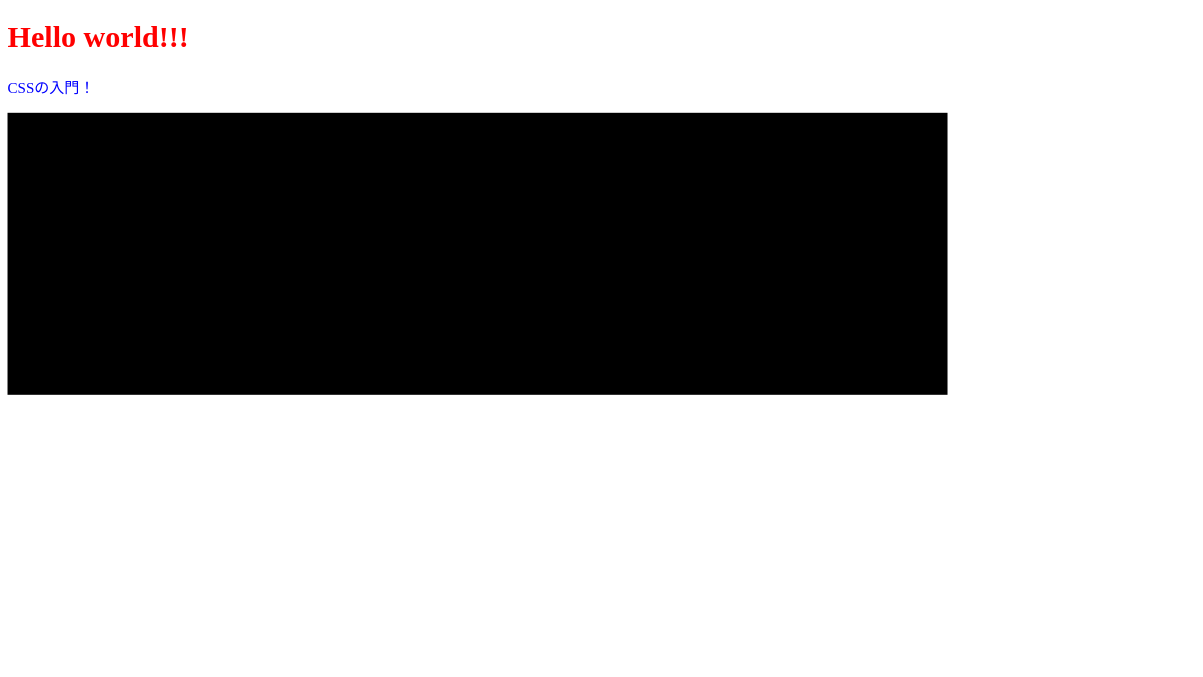
Repository: erikotanaka-san/mynews2
Page: html/css_intro/index.html
The author's editor kept a record of every edit. The page is drawn from the files as they stood at one moment, then again after the next edit.
The browser window is 1280 px wide. The pictures show the whole page, at 94% of full size.

Above is the page before.

After the next edit:
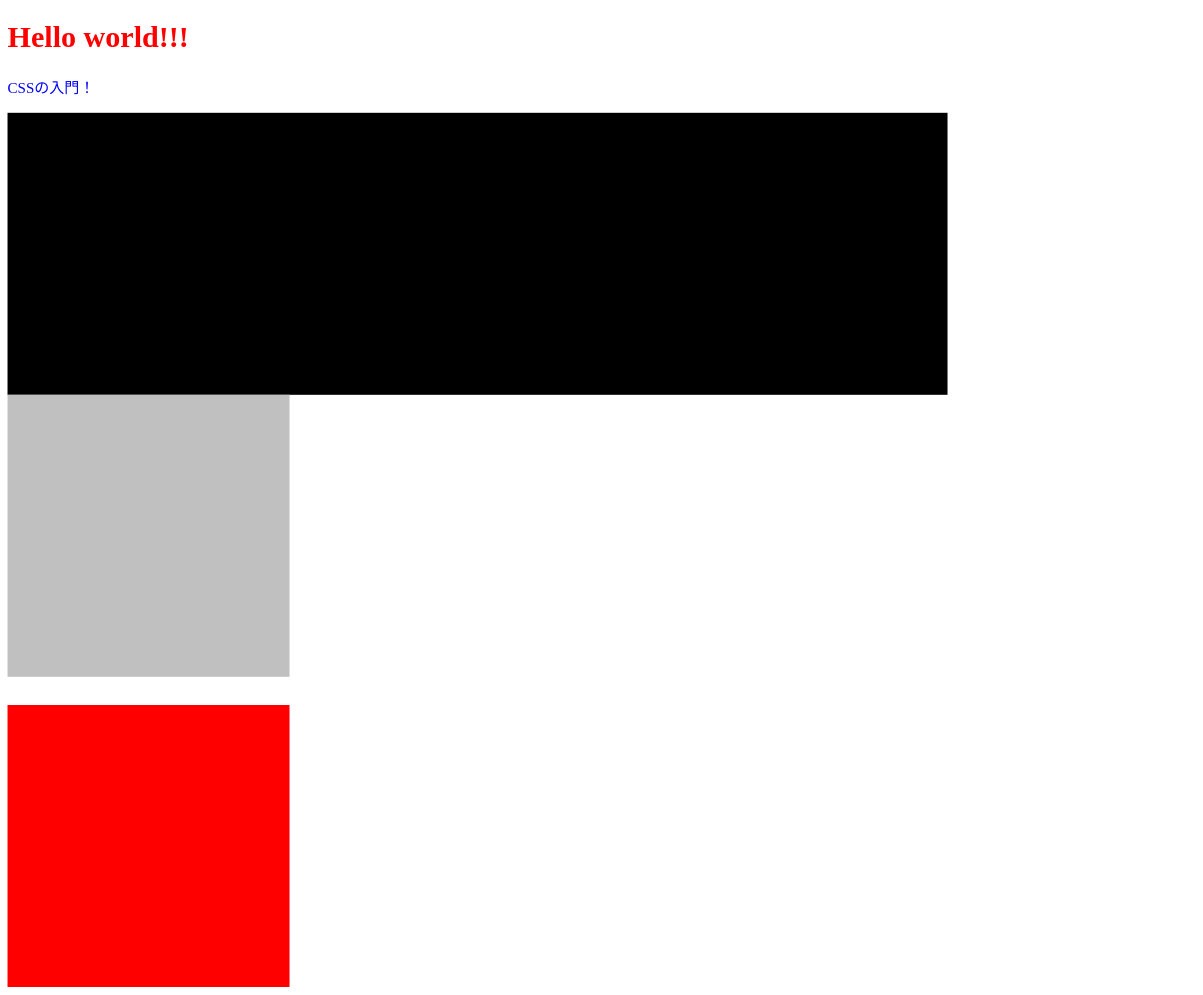
The edit:
--- a/html/css_intro/index.html
+++ b/html/css_intro/index.html
@@ -9,6 +9,10 @@
     <h1 id="title">Hello world!!!</h1>
     <p class="description">CSSの入門！</p>
 <div class="box">
+</div>
+<div class="box1">
+</div>
+<div class="box2">
 </div>
 <style>.box {
   background-color: black;
